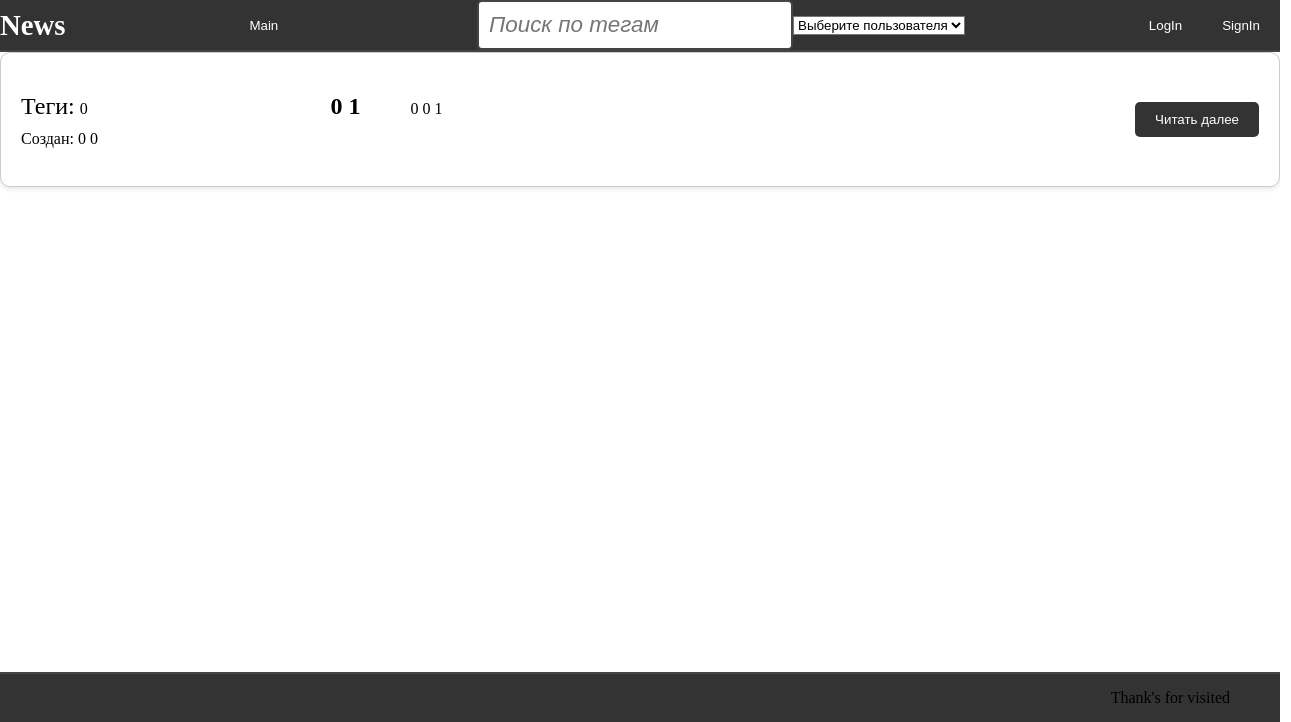
Repository: Igor-Blazhko/news_frontend
Page: /
These files come from the project's save history. The page is drawn as it stood at one moment and after a run of saves; the edit follows.
The browser window is 1280 px wide. The page is 1280 px wide, then 1291 px, then 1280 px, so the pictures cover 1291 px, including what lies to the right of the window. The pictures show the whole page.
The page's requests for data from a server got no answer. The project was rebuilt for these pictures with package versions that can differ from the ones it lists, and the page was loaded fresh each time. No one was signed in, and anything a server would have sent is missing. Also part of the build but not shown: vite.config.ts, src/components/auth/logIn/login.module.css, src/components/auth/logIn/login.tsx, src/components/auth/register/register.tsx, src/components/pageOnePost/comments/comment.tsx, src/components/pageOnePost/comments/comments.tsx, src/components/pageOnePost/OnePost.tsx, src/components/createPost/createPost.tsx.

Above is the page before, as saved 2024-07-15 16:39:32.

After the next 2 saves:
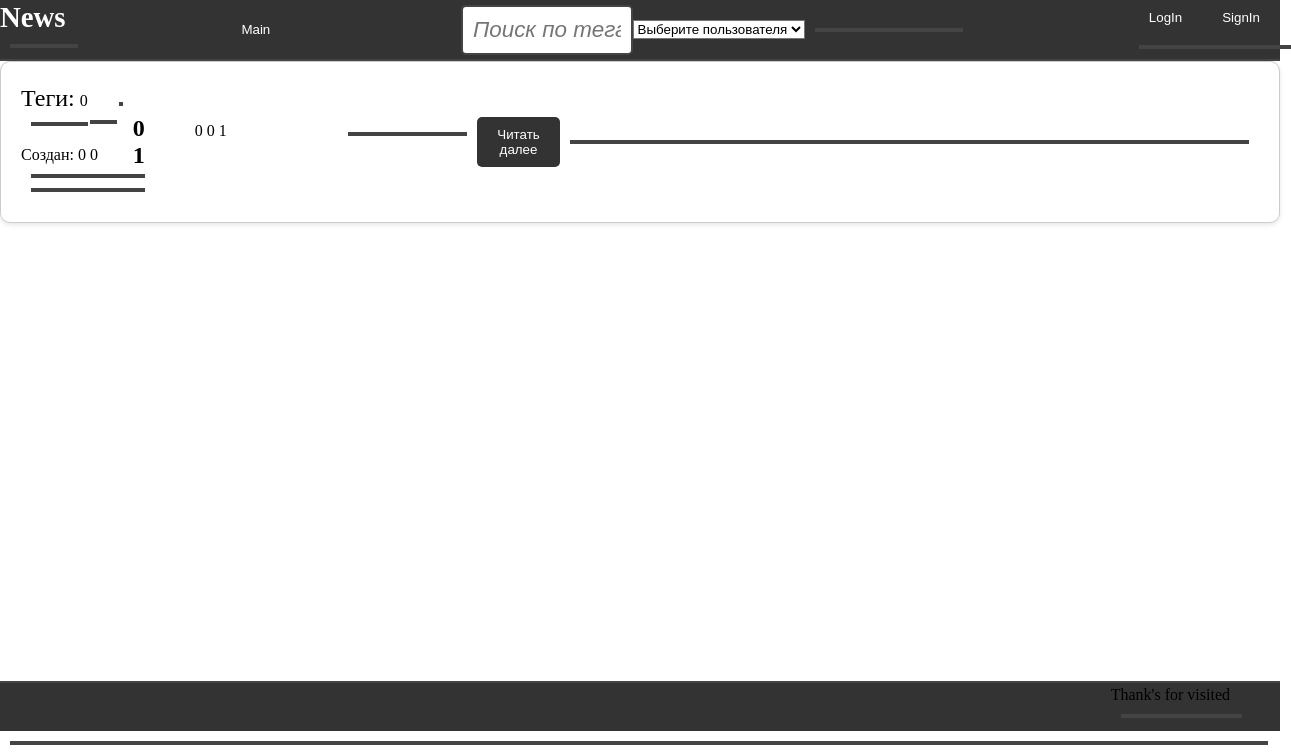
The 2 saves are shown as one change because they came seconds apart.
The last was saved 24 s later.
--- a/src/components/createPost/createPost.module.css
+++ b/src/components/createPost/createPost.module.css
@@ -52,7 +52,7 @@
     display: block;
 }
 
-div.article::after{
+div:after{
     display: block;
     width: 98%;
     background-color: #444;

After the save that followed:
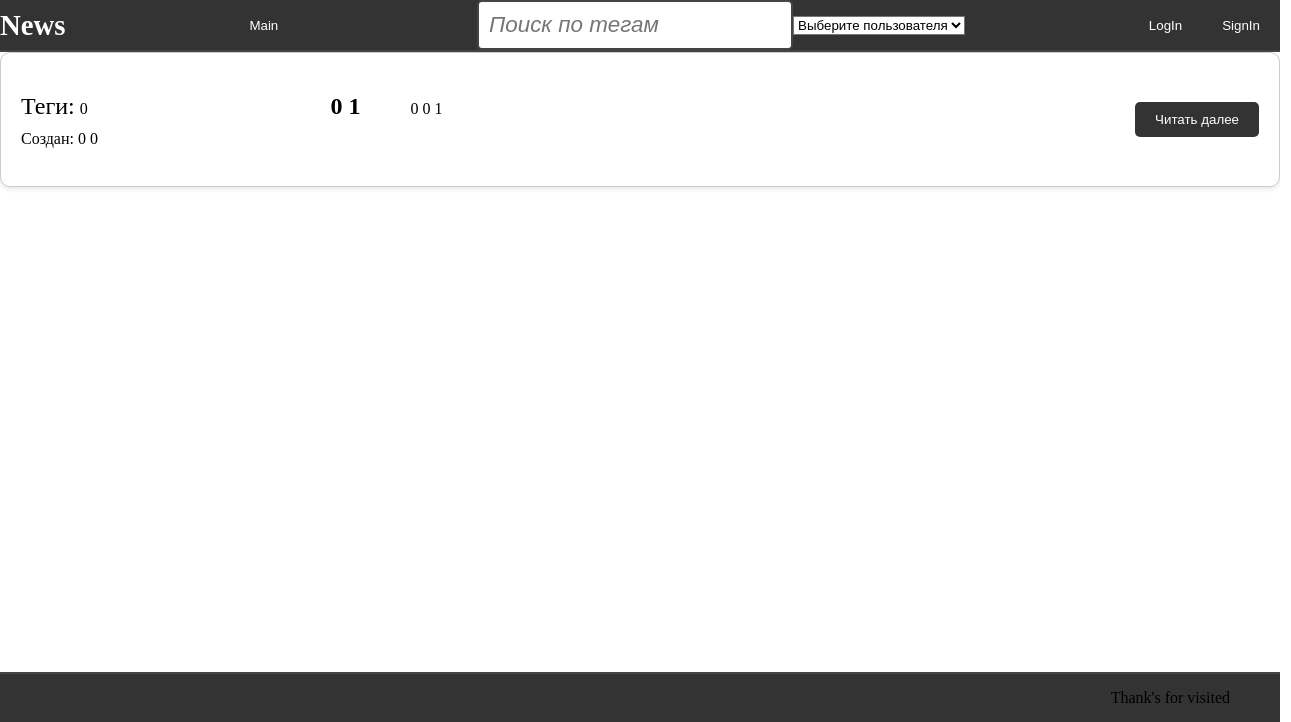
Saved 5 s later.
--- a/src/components/createPost/createPost.module.css
+++ b/src/components/createPost/createPost.module.css
@@ -52,7 +52,7 @@
     display: block;
 }
 
-div:after{
+form>div:after{
     display: block;
     width: 98%;
     background-color: #444;
